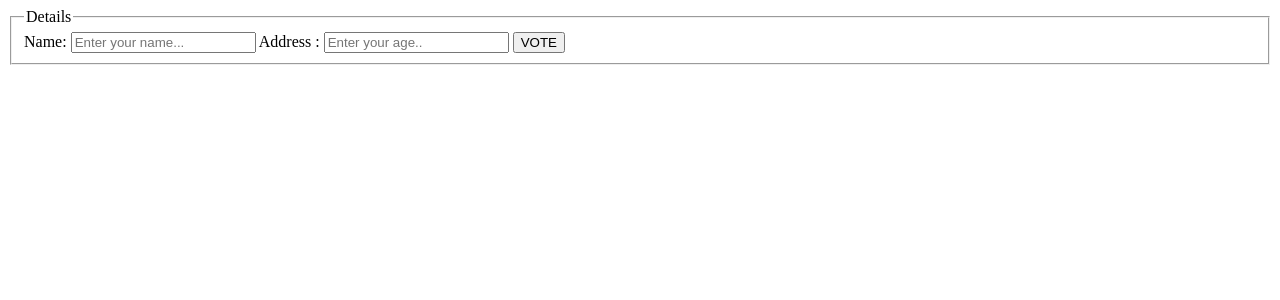
Repository: Sunnyguptha/SERVLET-ADV-JAVA
Page: VotServer/src/main/webapp/form.html
These files come from the project's save history. The page is drawn as it stood at one moment and after the next save; the edit follows.
The browser window is 1280 px wide. The pictures show the whole page.

Above is the page before, as saved 2025-04-26 11:21:20.

After the next save:
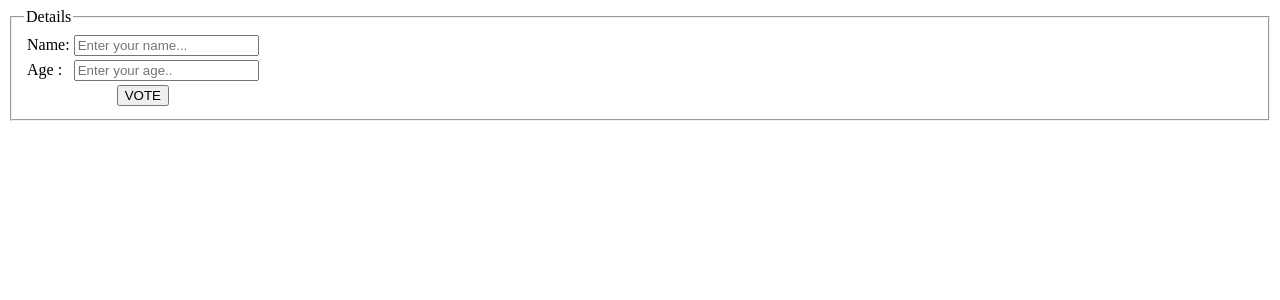
Saved 2 min 10 s later.
--- a/VotServer/src/main/webapp/form.html
+++ b/VotServer/src/main/webapp/form.html
@@ -1,34 +1,26 @@
+<html>
+<body>
+    <form action="vote" method="get">
+        <fieldset>
+            <legend>Details</legend>
 
-<html>
+            <table>
+                <tr>
+                    <td><label>Name:</label></td>
+                    <td><input type="text" name="t1" placeholder="Enter your name..." /></td>
+                </tr>
 
-<body>
+                <tr>
+                    <td><label>Age :</label></td>
+                    <td><input type="number" name="t2" placeholder="Enter your age.." /></td>
+                </tr>
 
-	<form>
-		<fieldset>
-			<legend>Details</legend>
+                <tr>
+                    <td colspan="2" align="center"><input type="submit" value="VOTE" /></td>
+                </tr>
+            </table>
 
-			<tr>
-
-				<td><label>Name:</label></td>
-
-				<td><input type="text" name="t1"
-					placeholder="Enter your name..." /></td>
-			</tr>
-
-			<tr>
-				<td><label>Address :</label></td>
-
-				<td><input type="number" name="t2"
-					placeholder="Enter your age.." /></td>
-
-			</tr>
-
-			<tr>
-
-				<td><input type="submit" value="VOTE" /></td>
-
-			</tr>
-		</fieldset>
-	</form>
+        </fieldset>
+    </form>
 </body>
 </html>

After the 2 saves that followed:
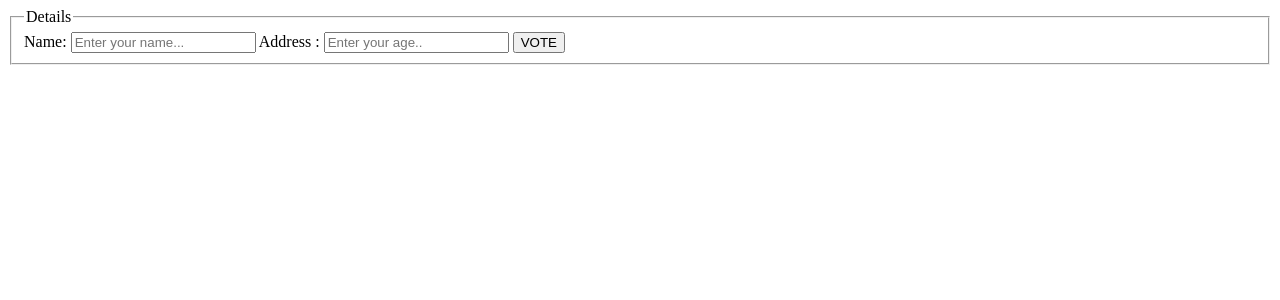
The 2 saves are shown as one change because 1 left the picture as it was.
The last was saved 2 min 19 s later.
--- a/VotServer/src/main/webapp/form.html
+++ b/VotServer/src/main/webapp/form.html
@@ -1,26 +1,34 @@
+
 <html>
+
 <body>
-    <form action="vote" method="get">
-        <fieldset>
-            <legend>Details</legend>
 
-            <table>
-                <tr>
-                    <td><label>Name:</label></td>
-                    <td><input type="text" name="t1" placeholder="Enter your name..." /></td>
-                </tr>
+	<form>
+		<fieldset>
+			<legend>Details</legend>
 
-                <tr>
-                    <td><label>Age :</label></td>
-                    <td><input type="number" name="t2" placeholder="Enter your age.." /></td>
-                </tr>
+			<tr>
 
-                <tr>
-                    <td colspan="2" align="center"><input type="submit" value="VOTE" /></td>
-                </tr>
-            </table>
+				<td><label>Name:</label></td>
 
-        </fieldset>
-    </form>
+				<td><input type="text" name="t1"
+					placeholder="Enter your name..." /></td>
+			</tr>
+
+			<tr>
+				<td><label>Address :</label></td>
+
+				<td><input type="number" name="t2"
+					placeholder="Enter your age.." /></td>
+
+			</tr>
+
+			<tr>
+
+				<td><input type="submit" value="VOTE" /></td>
+
+			</tr>
+		</fieldset>
+	</form>
 </body>
 </html>
